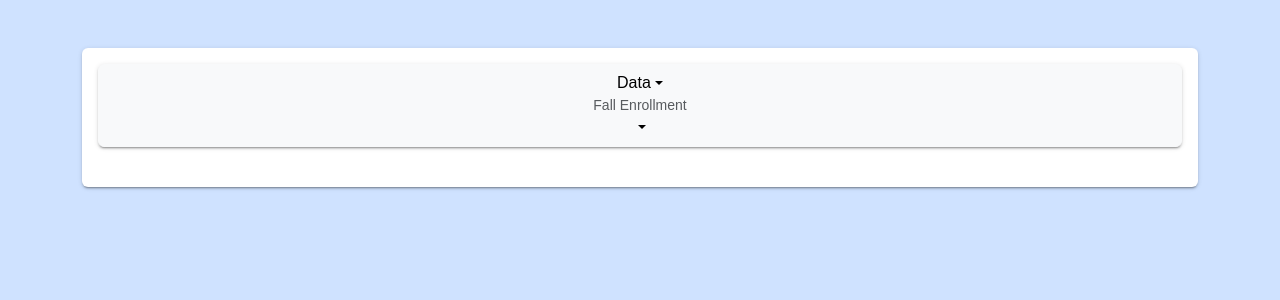
Repository: chancellor-w-whitaker/trying-context
Page: /
An editor plug-in stored every save of this project. The page is shown before and after the next save, followed by the edit.
The browser window is 1280 px wide. The pictures show the whole page.
The page's requests for data from a server got no answer. Some web fonts or font styles are not loaded; a fallback is used. The project was rebuilt for these pictures with package versions that can differ from the ones it lists, and the page was loaded fresh each time. No one was signed in, and anything a server would have sent is missing. Also part of the build but not shown: vite.config.js.

Above is the page before, as saved 2024-01-14 16:32:03.

After the next save:
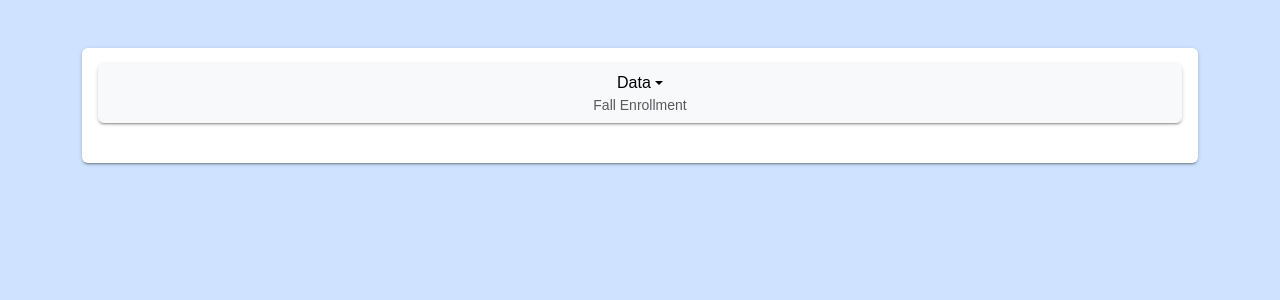
Saved 13 s later.
--- a/src/components/ListComps.jsx
+++ b/src/components/ListComps.jsx
@@ -13,7 +13,7 @@
     return (
       <>
         <button
-          className={`btn btn-${variant} dropdown-toggle ${className}`.trimEnd()}
+          className={`btn btn-${variant} hide-dropdown-toggle ${className}`.trimEnd()}
           {...rest}
           data-bs-toggle="dropdown"
           aria-expanded="false"

After the save that followed:
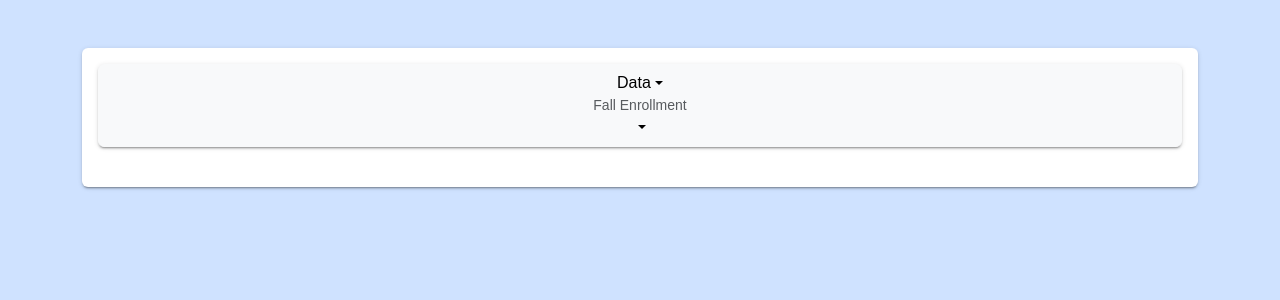
Saved 39 s later.
--- a/src/components/ListComps.jsx
+++ b/src/components/ListComps.jsx
@@ -13,7 +13,7 @@
     return (
       <>
         <button
-          className={`btn btn-${variant} hide-dropdown-toggle ${className}`.trimEnd()}
+          className={`btn btn-${variant} dropdown-toggle ${className}`.trimEnd()}
           {...rest}
           data-bs-toggle="dropdown"
           aria-expanded="false"
